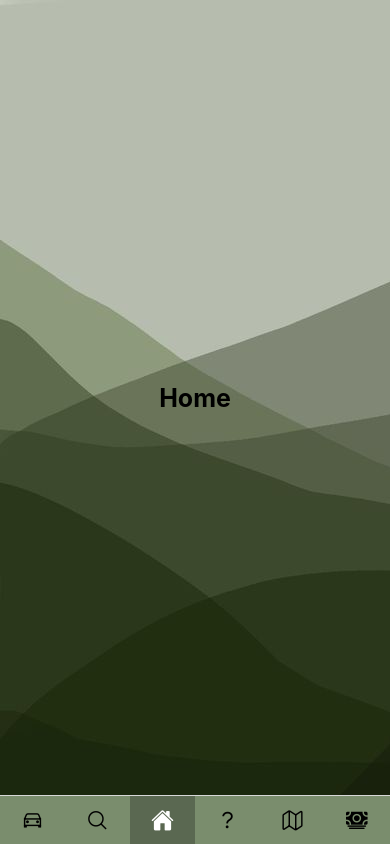
Repository: GabrielAron/EcoWheels
Page: /Home
The author's editor kept a copy of each file at every save. The page is drawn from the files as they stood at one save, then again after the next save.
The browser window is 390 px wide. The pictures show the whole page.
The app was drawn by React Native's web renderer in a window 390 px wide. The project was rebuilt for these pictures with package versions that can differ from the ones it lists, and the page was loaded fresh each time. Also part of the build but not shown: src/Paginas/Carros/index.js, src/Paginas/Ajuda/index.js, src/Paginas/Mapa/index.js, src/Paginas/Pagamento/pagamento.js.

Above is the page before, as saved 2023-11-24 13:48:26.

### App.js
import React from 'react';
import Routes from './src/Paginas/routes';
import { ReservaProvider } from './src/Paginas/ReservaContext';


function App() {
  return (
    <ReservaProvider>
      <Routes />
    </ReservaProvider>
  );
}

export default App;

### src/Paginas/routes.js
import React from 'react';
import { createBottomTabNavigator } from '@react-navigation/bottom-tabs';
import { NavigationContainer } from '@react-navigation/native';
import { Ionicons } from '@expo/vector-icons';

import Home from './Home';
import Explorar from './Carros';
import Ajuda from './Ajuda';
import Reservas from './Locacoes';
import Recarga from './Mapa';
import Pagamento from './Pagamento/pagamento';

const Tab = createBottomTabNavigator();

export default function Routes() {
  return (
    <NavigationContainer>
      <Tab.Navigator
        tabBarOptions={{
          showLabel: false, // Oculta as etiquetas de texto das guias
          tabBarStyle: {
            position: 'absolute',
            backgroundColor: '#7A8D6D',
            height:700,
          },
          tabStyle: {
            elevation: 0,
          },
          inactiveBackgroundColor: '#7A8D6D',
          activeBackgroundColor: '#5A6851',
        }}
      >
        <Tab.Screen
          name="Reservas"
          component={Reservas}
          options={{
            headerShown: false,
            tabBarIcon: ({ color, size, focused }) => {
              if (focused) {
                return <Ionicons name="md-car" size={23} color="#FFF" />;
              } else {
                return <Ionicons name="md-car-outline" size={23} color="#000000" />;
              }
            },
          }}
        />
        <Tab.Screen
          name="Explorar"
          component={Explorar}
          options={{
            headerShown: false,
            tabBarIcon: ({ color, size, focused }) => {
              if (focused) {
                return <Ionicons name="md-search" size={23} color="#FFF" />;
              } else {
                return <Ionicons name="md-search-outline" size={23} color="#000000" />;
              }
            },
          }}
        />
        <Tab.Screen
          name="Home"
          component={Home}
          options={{
            headerShown: false,
            tabBarIcon: ({ color, size, focused }) => {
              if (focused) {
                return <Ionicons name="md-home" size={23} color="#FFF" />;
              } else {
                return <Ionicons name="md-home-outline" size={23} color="#000000" />;
              }
            },
          }}
        />
        <Tab.Screen
          name="Ajuda"
          component={Ajuda}
          options={{
            headerShown: false,
            tabBarIcon: ({ color, size, focused }) => {
              if (focused) {
                return <Ionicons name="md-help" size={23} color="#FFF" />;
              } else {
                return <Ionicons name="md-help-outline" size={23} color="#000000" />;
              }
            },
          }}
        />
        <Tab.Screen
          name="Recarga"
          component={Recarga}
          options={{
            headerShown: false,
            tabBarIcon: ({ color, size, focused }) => {
              if (focused) {
                return <Ionicons name="md-map" size={23} color="#FFF" />;
              } else {
                return <Ionicons name="md-map-outline" size={23} color="#000000" />;
              }
            },
          }}
        />
         <Tab.Screen
          name="Pagamento"
          component={Pagamento}
          options={{
            headerShown: false,
            tabBarIcon: ({ color, size, focused }) => {
              if (focused) {
                return <Ionicons name="card" size={23} color="#FFF" />;

              } else {
                return <Ionicons name="cash" size={23} color="#000000" />;
              }
            },
          }}
        />
      </Tab.Navigator>
    </NavigationContainer>
  );
}

### src/Paginas/ReservaContext.js
import React, { createContext, useState } from 'react';

export const ReservaContext = createContext();

export const ReservaProvider = ({ children }) => {
  const [reservas, setReservas] = useState([]);

  return (
    <ReservaContext.Provider value={{ reservas, setReservas }}>
      {children}
    </ReservaContext.Provider>
  );
};

### src/Paginas/Home/index.js

import { View, Text, ImageBackground, StyleSheet } from 'react-native';
import Fundo from '/imagens/fundoverde.jpg';

export default function Home() {
  return (
    <View style={styles.container}>
      <ImageBackground source={Fundo} style={styles.image}>
        <Text style={styles.text}>Home</Text>
      </ImageBackground>
    </View>
  );
}

const styles = StyleSheet.create({
  container: {
    flex: 1,
  },
  image: {
    flex: 1,
    resizeMode: 'cover',
    justifyContent: 'center',
  },
  text: {
    fontSize: 25,
    color: '#000',
    fontWeight: 'bold',
    textAlign: 'center',
  },
});

### src/Paginas/Locacoes/index.js
import React, { useState, useContext } from 'react';
import { View, Text, ImageBackground, Button, StyleSheet, ScrollView, Modal, Alert } from 'react-native';
import Fundo from '/imagens/fundoverde.jpg';
import { ReservaContext } from '../ReservaContext'; // Atualize o caminho conforme necessário

const Card = ({ id, title, image }) => {
  const [modalVisible, setModalVisible] = useState(false);
  const { reservas, setReservas } = useContext(ReservaContext);
  const [carros, setCarros] = useState([

      { id: 1, title: "QUALIDADE PARA UM CONFORTO E ÓTIMO PASSEIO - Exquisite Cruiser 1.8", image: "https://cdn.leonardo.ai/users/cf8d0bec-5da3-4e6a-aed2-13735b2a6925/generations/a40b4ef5-35ec-4e32-a5ff-cc2ef5e85345/PhotoReal_make_a_background_image_for_a_cell_phone_application_2.jpg?w=512" },
      { id: 2, title: "DESIGN E CONFORTO EM UM - Rider GT 3.0", image: "https://cdn.leonardo.ai/users/cf8d0bec-5da3-4e6a-aed2-13735b2a6925/generations/a40b4ef5-35ec-4e32-a5ff-cc2ef5e85345/PhotoReal_make_a_background_image_for_a_cell_phone_application_3.jpg?w=512" },
      { id: 3, title: "FORÇA PARA DESAFIOS OFF-Road - Viper GT 3.0 ", image: "https://cdn.leonardo.ai/users/cf8d0bec-5da3-4e6a-aed2-13735b2a6925/generations/a0fe3adc-2c2f-4336-bc49-e57599170dd1/PhotoReal_faa_um_hummer_eltrico_novo_andando_por_uma_cidade_3.jpg?w=512" },
      { id: 4, title: "UM CARRO ANTIGO E ESTILOSO PARA OS AMANTES DE CLÁSSICOS - Bentley 1.8", image: "https://cdn.leonardo.ai/users/cf8d0bec-5da3-4e6a-aed2-13735b2a6925/generations/c6457b66-6149-4c4d-8408-99c27071dc1e/PhotoReal_faa_um_carro_eletrico_executivo_andando_por_uma_cida_0.jpg?w=512" },
      { id: 5, title: "UM CARRO VERSÁTIL QUE ATENDE A TODAS AS NECESSIDADES FLEXUS X 1.0", image: "https://cdn.leonardo.ai/users/cf8d0bec-5da3-4e6a-aed2-13735b2a6925/generations/f62f0f84-2ea5-4c9d-a4e3-33ade848f3b2/PhotoReal_make_a_background_image_for_a_cell_phone_application_3.jpg?w=512" },
      { id: 6, title: "UMA OPÇÃO PERFEITA PARA QUEM BUSCA PRATICIDADE E CONFORTO - LUXURY DRIVE 1.6", image: "https://cdn.leonardo.ai/users/cf8d0bec-5da3-4e6a-aed2-13735b2a6925/generations/589507b8-d87b-4a85-b05e-c325ccebd6b6/PhotoReal_make_a_background_image_for_a_cell_phone_application_1.jpg?w=512" },
      { id: 7, title: "UM CARRO ESPORTIVO COM DESEMPENHO DE ALTA POTÊNCIA Vortex GT 5.0", image: "https://fotos-jornaldocarro-estadao.nyc3.cdn.digitaloceanspaces.com/wp-content/uploads/2023/01/13072602/Carro_esportivo.jpg" },
    ]);


  return (
    <View style={styles.card}>
      <ImageBackground source={{ uri: image }} style={styles.image}>
        <View style={styles.content}>
          <Text style={styles.title}>{title}</Text>
          <Button title="Reservar" onPress={() => setModalVisible(true)} />
        </View>
      </ImageBackground>

      <Modal
        animationType="slide"
        transparent={true}
        visible={modalVisible}
        onRequestClose={() => {
          Alert.alert("Modal has been closed.");
          setModalVisible(!modalVisible);
        }}
      >
        <View style={styles.centeredView}>
          <View style={styles.modalView}>
            <Text style={styles.modalText}>Deseja mesmo reservar o carro?</Text>

            <Button
              style={[styles.button, styles.buttonClose]}
              onPress={() => {
                setReservas([...reservas, { id, title, image }]);
                setCarros(carros.filter(carro => carro.id !== id));
                setModalVisible(!modalVisible);
              }}
              title="Sim"
            />
            <Button
              style={[styles.button, styles.buttonCancel]}
              onPress={() => setModalVisible(!modalVisible)}
              title="Não"
            />
          </View>
        </View>
      </Modal>
    </View>
  );
};

export default function Reservas() {
  return (
    <View style={styles.container}>
      <ImageBackground source={Fundo} style={styles.image}>
        <Text style={styles.text}>Carros</Text>
        <View style={styles.cardContainer}>
          <ScrollView showsVerticalScrollIndicator={false}>
            <Card id={1} title="QUALIDADE PARA UM CONFORTO E ÓTIMO PASSEIO - Exquisite Cruiser 1.8" image="https://cdn.leonardo.ai/users/cf8d0bec-5da3-4e6a-aed2-13735b2a6925/generations/a40b4ef5-35ec-4e32-a5ff-cc2ef5e85345/PhotoReal_make_a_background_image_for_a_cell_phone_application_2.jpg?w=512" />
            <Card id={2} title="DESIGN E CONFORTO EM UM - Rider GT 3.0" image="https://cdn.leonardo.ai/users/cf8d0bec-5da3-4e6a-aed2-13735b2a6925/generations/a40b4ef5-35ec-4e32-a5ff-cc2ef5e85345/PhotoReal_make_a_background_image_for_a_cell_phone_application_3.jpg?w=512" />
            <Card id={3} title="FORÇA PARA DESAFIOS OFF-Road - Viper GT 3.0 " image="https://cdn.leonardo.ai/users/cf8d0bec-5da3-4e6a-aed2-13735b2a6925/generations/a0fe3adc-2c2f-4336-bc49-e57599170dd1/PhotoReal_faa_um_hummer_eltrico_novo_andando_por_uma_cidade_3.jpg?w=512" />
            <Card id={4} title="UM CARRO ANTIGO E ESTILOSO PARA OS AMANTES DE CLÁSSICOS - Bentley 1.8" image="https://cdn.leonardo.ai/users/cf8d0bec-5da3-4e6a-aed2-13735b2a6925/generations/c6457b66-6149-4c4d-8408-99c27071dc1e/PhotoReal_faa_um_carro_eletrico_executivo_andando_por_uma_cida_0.jpg?w=512" />
            <Card id={5} title="UM CARRO VERSÁTIL QUE ATENDE A TODAS AS NECESSIDADES FLEXUS X 1.0" image="https://cdn.leonardo.ai/users/cf8d0bec-5da3-4e6a-aed2-13735b2a6925/generations/f62f0f84-2ea5-4c9d-a4e3-33ade848f3b2/PhotoReal_make_a_background_image_for_a_cell_phone_application_3.jpg?w=512" />
            <Card id={6} title="UMA OPÇÃO PERFEITA PARA QUEM BUSCA PRATICIDADE E CONFORTO - LUXURY DRIVE 1.6" image="https://cdn.leonardo.ai/users/cf8d0bec-5da3-4e6a-aed2-13735b2a6925/generations/589507b8-d87b-4a85-b05e-c325ccebd6b6/PhotoReal_make_a_background_image_for_a_cell_phone_application_1.jpg?w=512" />
            <Card id={7} title="UM CARRO ESPORTIVO COM DESEMPENHO DE ALTA POTÊNCIA Vortex GT 5.0" image="https://fotos-jornaldocarro-estadao.nyc3.cdn.digitaloceanspaces.com/wp-content/uploads/2023/01/13072602/Carro_esportivo.jpg" />
          </ScrollView>
        </View>
      </ImageBackground>
    </View>
  );
}


const styles = StyleSheet.create({
  container: {
    flex: 1,
  },
  image: {
    flex: 1,
    resizeMode: 'cover',
    justifyContent: 'center',
  },
  text: {
    color: '#fffbff',
    fontSize: 36,
    position: 'absolute',
    top: 50,
    left: 0,
    right: 0,
    fontWeight: 'bold',
    textAlign: 'center',
  },
  cardContainer: {
    flex: 1,
    alignItems: 'center',
    justifyContent: 'center',
    paddingTop: 200,
    paddingLeft: 75,
  },
  card: {
    width: '90%',
    height: 200,
    marginBottom: 45,
    borderRadius: 10,
    overflow: 'hidden',
  },
  image: {
    flex: 1,
    resizeMode: 'cover',
    justifyContent: 'center',
  },
  content: {
    padding: 10,
    alignItems: 'center',
    justifyContent: 'center',
  },
  title: {
    fontSize: 16,
    fontWeight: 'bold',
    color: '#fffbff',
  },
  overlay: {
    ...StyleSheet.absoluteFillObject,
    backgroundColor: 'rgba(128, 128, 128, 0.5)',
  },
  centeredView: {
    flex: 1,
    justifyContent: "center",
    alignItems: "center",
    marginTop: 22
  },
  modalView: {
    margin: 20,
    backgroundColor: "white",
    borderRadius: 20,
    padding: 35,
    alignItems: "center",
    shadowColor: "#000",
    shadowOffset: {
      width: 0,
      height: 2
    },
    shadowOpacity: 0.25,
    shadowRadius: 4,
    elevation: 5
  },
  button: {
    borderRadius: 20,
    padding: 10,
    elevation: 2
  },
  buttonClose: {
    backgroundColor: "#2196F3",
  },
  buttonCancel: {
    backgroundColor: "#f00",
  },
  modalText: {
    marginBottom: 15,
    textAlign: "center"
  }
});

After the next save:
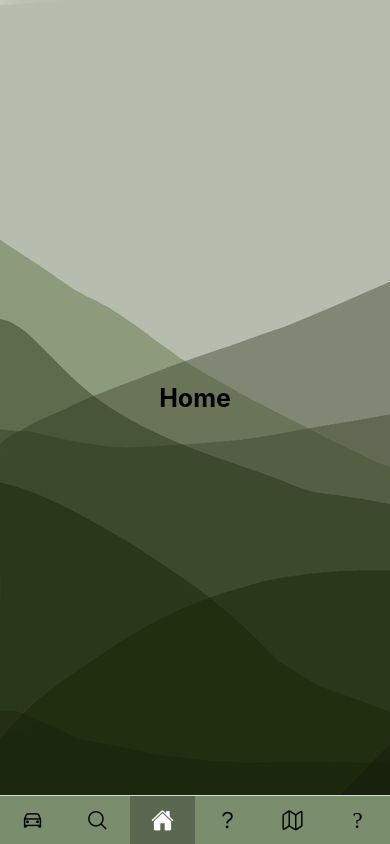
Saved 8 s later.
--- a/src/Paginas/routes.js
+++ b/src/Paginas/routes.js
@@ -110,7 +110,7 @@ export default function Routes() {
                 return <Ionicons name="card" size={23} color="#FFF" />;
 
               } else {
-                return <Ionicons name="cash" size={23} color="#000000" />;
+                return <Ionicons name="ca" size={23} color="#000000" />;
               }
             },
           }}
